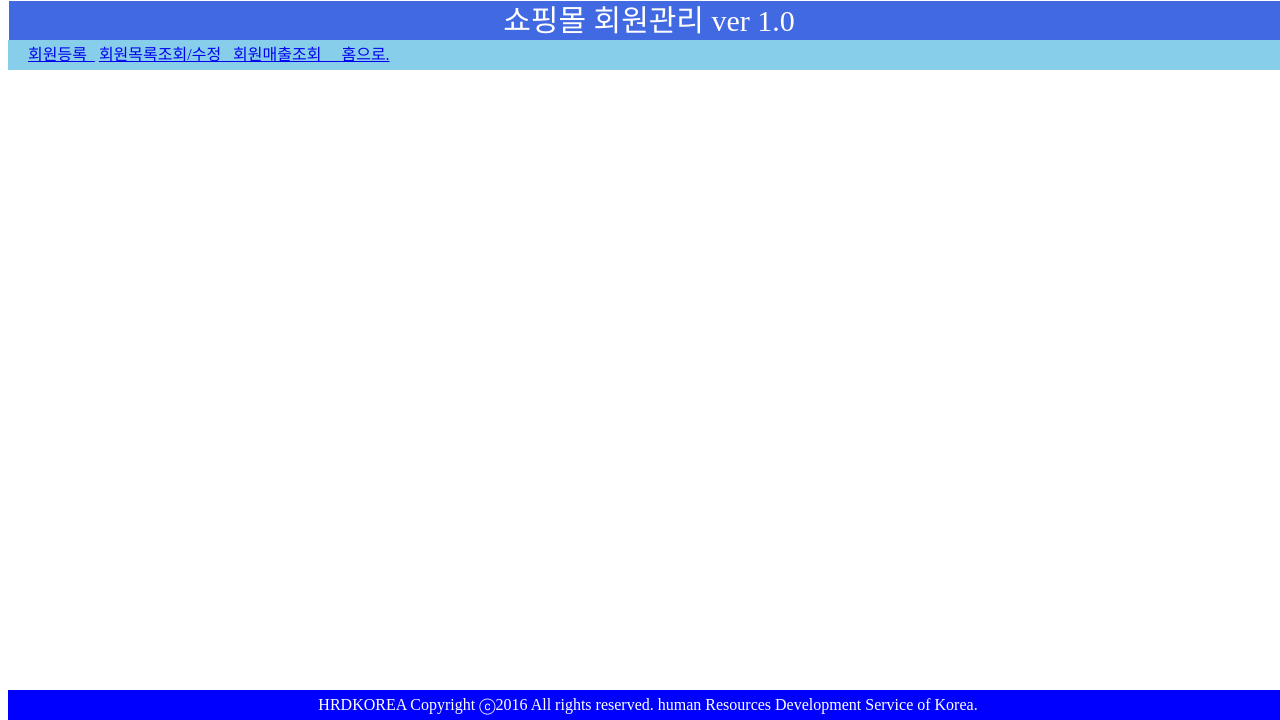
Repository: GotChun/license_practice
Page: http://localhost/HRD_8155/modify.jsp
These files come from the project's save history. The page is drawn as it stood at one moment and after the next save; the edit follows.
The browser window is 1280 px wide. The pictures show the whole page.
The page is served by Tomcat 9. Other server files are loaded and not shown.

Above is the page before, as saved 2025-02-20 11:27:34.

### HRD_8155/src/main/webapp/modify.jsp
<%@ page language="java" contentType="text/html; charset=UTF-8"
	pageEncoding="UTF-8"%>
<!DOCTYPE html>
<html>
<head>
<meta charset="UTF-8">
<title>Insert title here</title>
</head>
<body>
	<jsp:include page="header.jsp"></jsp:include>

	<section>

	</section>

	<jsp:include page="footer.jsp"></jsp:include>
</body>
</html>

### HRD_8155/src/main/webapp/header.jsp
<%@ page language="java" contentType="text/html; charset=UTF-8"
    pageEncoding="UTF-8"%>
<!DOCTYPE html>
<html>
<head>
<meta charset="UTF-8">
<title>header</title>
</head>
<body>

	<header style=" position: fixed; top:0px; width: 100%; height:40px;
	 border:1px solid; background-color:royalblue; text-align: center; line-height:40px; font-size:30px; color:white;">쇼핑몰 회원관리 ver 1.0	</header>

	 <nav style="position:fixed; top:40px; width:100%; height:30px; line-height:30px;
	 background-color:skyblue; color:white; padding-left:20px;">
	 <a href="join.jsp">회원등록&nbsp;&nbsp;</a>
	  <a href="list.jsp">회원목록조회/수정&nbsp;&nbsp;  </a>
	  <a href="salary.jsp">회원매출조회&nbsp;&nbsp;&nbsp;&nbsp;  </a>
	  <a href="index.jsp">홈으로. </a>
	 </nav>

</body>
</html>

### HRD_8155/src/main/webapp/footer.jsp
<%@ page language="java" contentType="text/html; charset=UTF-8"
    pageEncoding="UTF-8"%>
<!DOCTYPE html>
<html>
<head>
<meta charset="UTF-8">
<title>footer</title>
</head>
<body>
	 <footer style=" position:fixed; bottom:0px; text-align:center; width:100%; height:30px; background-color:blue; line-height:30px; color:white;">
	 HRDKOREA Copyright ⓒ2016 All rights reserved. human Resources Development Service of Korea. </footer>
</body>
</html>

After the next save:
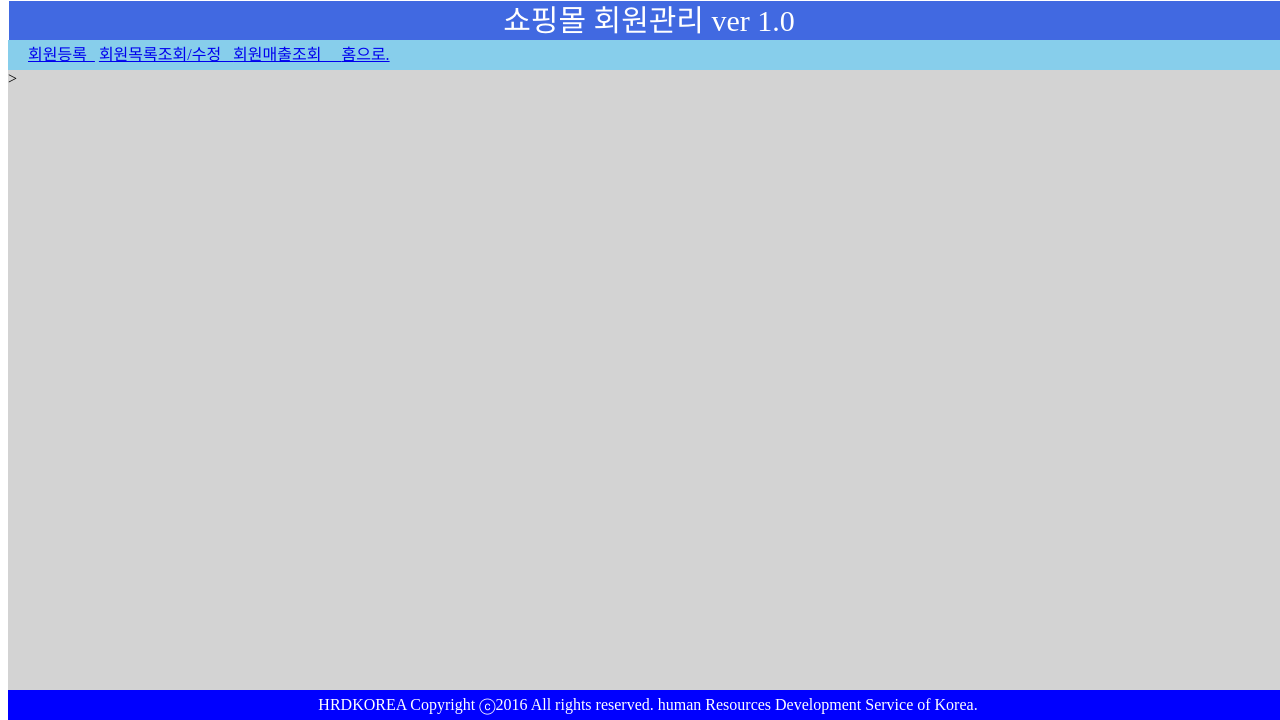
Saved 33 s later.
--- a/HRD_8155/src/main/webapp/modify.jsp
+++ b/HRD_8155/src/main/webapp/modify.jsp
@@ -9,7 +9,7 @@
 <body>
 	<jsp:include page="header.jsp"></jsp:include>
 
-	<section>
+	<section style="position: fixed; top: 70px; width: 100%; height: 100%; background-color: lightgray;">>
 
 	</section>
 
